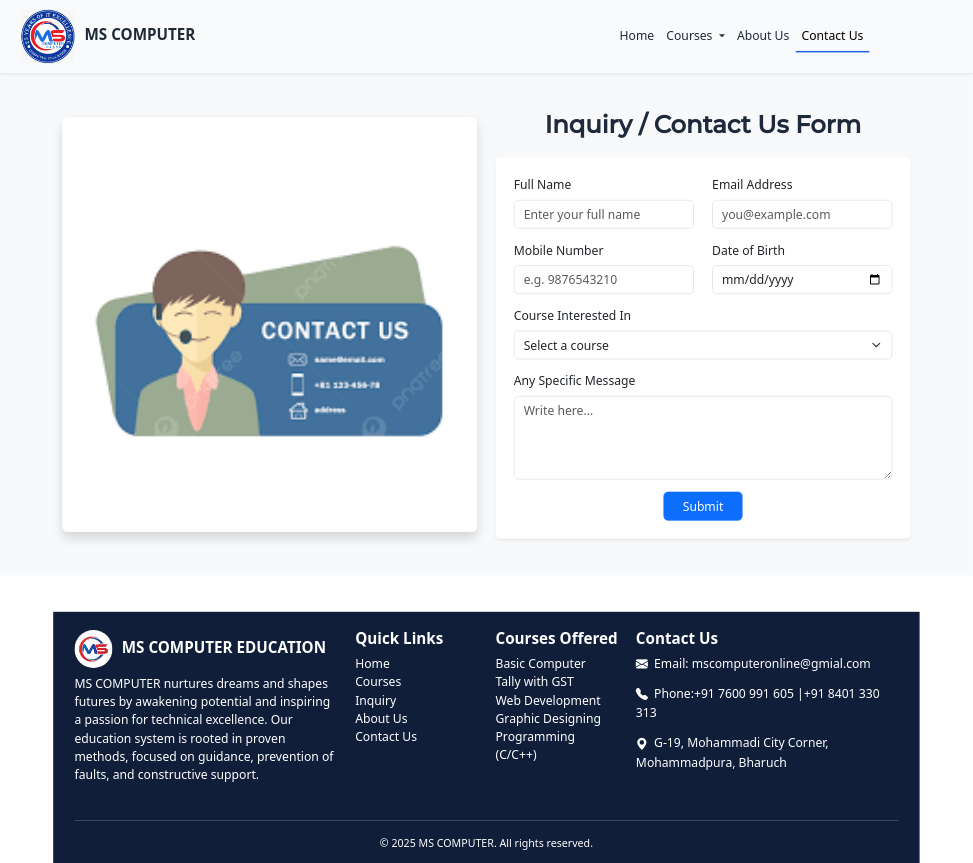
Repository: mscomputer2025/mscomputer
Page: http://localhost/contactus
The author's editor kept a copy of each file at every save. The page is drawn from the files as they stood at one save, then again after a run of saves.
The browser window is 1280 px wide. The pictures show the whole page, at 76% of full size.
Some web fonts or font styles are not loaded; a fallback is used. The page is served by the project's Laravel application, run on PHP 8.4 with Laravel 12. Other server files are loaded and not shown. Queries for data that is not in the repository find no rows.

Above is the page before, as saved 2025-07-02 11:11:21.

### app/Providers/AppServiceProvider.php
<?php

namespace App\Providers;

use Illuminate\Support\ServiceProvider;
use App\Models\Courses;
use Illuminate\Support\Facades\View;

class AppServiceProvider extends ServiceProvider
{

    public function register(): void
    {
        //
    }

    public function boot()
{
    View::composer('*', function ($view) {
        $view->with('allCourses', Courses::all());
    });
}
}

### app/Providers/ViewServiceProvider.php
<?php

namespace App\Providers;

use Illuminate\Support\ServiceProvider;
use Illuminate\Support\Facades\View;
use Illuminate\View\Compilers\BladeCompiler;
use Illuminate\Support\Facades\Validator;
use App\Models\Courses;

class ViewServiceProvider extends ServiceProvider
{

    public function register(): void
    {
        //
    }


    public function boot()
    {
        View::composer('*', function ($view) {
            $courses = Courses::all();
            $view->with('courses', $courses);
        });
    }
}

### routes/web.php
<?php

use Illuminate\Support\Facades\Route;

Route::get('/', function () {
    return view('homepage');
});
Route::get('/contactus', function () {
    return view('contactus');
});

### app/Models/Courses.php
<?php

namespace App\Models;

use Illuminate\Database\Eloquent\Model;

class Courses extends Model
{
    protected $fillable = [
        'course_id', 'course_title', 'course_image', 'course_duration',
        'course_description', 'course_curriculum', 'course_rating', 'course_reviews'
    ];

    protected $casts = [
        'course_curriculum' => 'array',
    ];
}

### resources/views/contactus.blade.php
@extends('master.master')

@section('title', 'Contact Us')

@section('content')
<section class="py-5 bg-light">
  <div class="container">
    <div class="row align-items-center g-4">

      <!-- Left: Image -->
      <div class="col-md-6">
        <img src="{{ asset('images/contactus.png') }}" alt="MS Computer Institute"
             class="img-fluid rounded-3 shadow w-100 h-100 object-fit-cover">
      </div>

      <!-- Right: Form -->
      <div class="col-md-6">
        <h2 class="fw-bold text-center mb-4">Inquiry / Contact Us Form</h2>
        <form class="bg-white p-4 rounded shadow-sm">
          <div class="row mb-3">
            <div class="col-md-6 mb-3 mb-md-0">
              <label for="name" class="form-label">Full Name</label>
              <input type="text" class="form-control" id="name" placeholder="Enter your full name">
            </div>
            <div class="col-md-6">
              <label for="email" class="form-label">Email Address</label>
              <input type="email" class="form-control" id="email" placeholder="you@example.com">
            </div>
          </div>

          <div class="row mb-3">
            <div class="col-md-6 mb-3 mb-md-0">
              <label for="phone" class="form-label">Mobile Number</label>
              <input type="tel" class="form-control" id="phone" placeholder="e.g. 9876543210">
            </div>
            <div class="col-md-6">
              <label for="dob" class="form-label">Date of Birth</label>
              <input type="date" class="form-control" id="dob">
            </div>
          </div>

          <div class="mb-3">
            <label for="course" class="form-label">Course Interested In</label>
            <select class="form-select" id="course">
              <option selected disabled>Select a course</option>
              <option>Basic Computer Course</option>
              <option>Financial Accounting</option>
              <option>DTP</option>
              <option>Microsoft Office</option>
              <option>Web Development</option>
              <option>Graphic Design</option>
            </select>
          </div>

          <div class="mb-3">
            <label for="message" class="form-label">Any Specific Message</label>
            <textarea class="form-control" id="message" rows="4" placeholder="Write here..."></textarea>
          </div>

          <div class="text-center">
            <button type="submit" class="btn btn-primary px-4">Submit</button>
          </div>
        </form>
      </div>
    </div>
  </div>
</section>
@endsection

### resources/views/master/master.blade.php
<!DOCTYPE html>
<html lang="en">
<head>
    <meta charset="UTF-8">
    <meta name="viewport" content="width=device-width, initial-scale=1.0">
    <link rel="stylesheet" href="{{ asset('css/master.css') }}">
    <link href="https://fonts.googleapis.com/css2?family=Poppins&display=swap" rel="stylesheet">
    <link href="https://fonts.googleapis.com/css2?family=Orbitron:wght@600&family=Montserrat:wght@500&display=swap" rel="stylesheet">
    <link rel="stylesheet" href="https://cdn.jsdelivr.net/npm/bootstrap-icons@1.10.5/font/bootstrap-icons.css">
    <link href="https://cdn.jsdelivr.net/npm/bootstrap@5.3.7/dist/css/bootstrap.min.css" rel="stylesheet">
    <title>MS COMPUTER - @yield('title')</title>
</head>
<body>

    @include('master.header')

    <main>
        @yield('content')
    </main>

    @include('master.footer')

    <script src="https://cdn.jsdelivr.net/npm/bootstrap@5.3.7/dist/js/bootstrap.bundle.min.js"></script>
</body>
</html>

### resources/views/master/header.blade.php
<nav class="navbar navbar-expand-lg navbar-light shadow-sm">
    <div class="container mx-3">
        <a class="navbar-brand" href="#">
            <img src="{{ asset('logo.jpeg') }}" alt="Institute Logo" width="70" height="100" class="img-fluid">
            <span class="ms-2 fw-bold">MS COMPUTER</span>
        </a>
        <button class="navbar-toggler" type="button" data-bs-toggle="collapse" data-bs-target="#navbarContent"
            aria-controls="navbarContent" aria-expanded="false" aria-label="Toggle navigation">
            <span class="navbar-toggler-icon"></span>
        </button>

        <div class="collapse navbar-collapse justify-content-end" id="navbarContent">
            <ul class="navbar-nav mb-2 mb-lg-0">

                <li class="nav-item">
                    <a class="nav-link {{ request()->is('/') ? 'active' : '' }}" href="{{ url('/') }}">Home</a>
                </li>

                <li class="nav-item dropdown">
                    <a class="nav-link dropdown-toggle {{ request()->is('courses*') ? 'active' : '' }}" href="#" id="coursesDropdown"
                        role="button" data-bs-toggle="dropdown" aria-expanded="false">
                        Courses
                    </a>
                    <ul class="dropdown-menu" aria-labelledby="coursesDropdown">
                        <li><a class="dropdown-item" href="#">Basic Computer</a></li>
                        <li><a class="dropdown-item" href="#">Tally ERP</a></li>
                        <li><a class="dropdown-item" href="#">Web Development</a></li>
                        <li><a class="dropdown-item" href="#">Graphic Design</a></li>
                    </ul>
                </li>

                <li class="nav-item">
                    <a class="nav-link {{ request()->is('about') ? 'active' : '' }}" href="{{ url('/about') }}">About Us</a>
                </li>

                <li class="nav-item">
                    <a class="nav-link {{ request()->is('contactus') ? 'active' : '' }}" href="{{ url('/contactus') }}">Contact Us</a>
                </li>

            </ul>
        </div>
    </div>
</nav>

### resources/views/master/footer.blade.php
<footer class="container text-white pt-4 pb-3 mt-5 footer-bg">
    <div class="mx-3">
        <div class="row">
            <!-- Institute Info -->
            <div class="col-md-4 mb-3">
                <a class="navbar-brand" href="#">
                    <img src="{{ asset('footerlogo.jpg') }}" alt="Institute Logo" width="50" height="70"
                        class="img-fluid rounded-circle me-2">
                </a>
                <span class="fw-bold h5">MS COMPUTER EDUCATION</span>
                <p class="mt-2">
                    MS COMPUTER nurtures dreams and shapes futures by awakening potential and inspiring a passion for
                    technical excellence. Our education system is rooted in proven methods, focused on guidance,
                    prevention of faults, and constructive support.
                </p>
            </div>

            <!-- Quick Links -->
            <div class="col-md-2 mb-3">
                <h5 class="fw-bold">Quick Links</h5>
                <ul class="list-unstyled">
                    <li><a href="#" class="text-white text-decoration-none">Home</a></li>
                    <li><a href="#" class="text-white text-decoration-none">Courses</a></li>
                    <li><a href="#" class="text-white text-decoration-none">Inquiry</a></li>
                    <li><a href="#" class="text-white text-decoration-none">About Us</a></li>
                    <li><a href="#" class="text-white text-decoration-none">Contact Us</a></li>
                </ul>
            </div>

            <!-- Courses Offered -->
            <div class="col-md-2 mb-3">
                <h5 class="fw-bold">Courses Offered</h5>
                <ul class="list-unstyled">
                    <li><a href="#" class="text-white text-decoration-none">Basic Computer</a></li>
                    <li><a href="#" class="text-white text-decoration-none">Tally with GST</a></li>
                    <li><a href="#" class="text-white text-decoration-none">Web Development</a></li>
                    <li><a href="#" class="text-white text-decoration-none">Graphic Designing</a></li>
                    <li><a href="#" class="text-white text-decoration-none">Programming (C/C++)</a></li>
                </ul>
            </div>

            <!-- Contact Info -->
            <div class="col-md-4 mb-3">
                <h5 class="fw-bold">Contact Us</h5>
                <p><i class="bi bi-envelope-fill me-2"></i>Email: mscomputeronline@gmial.com</p>
                <p><i class="bi bi-telephone-fill me-2"></i>Phone:+91 7600 991 605 |+91 8401 330 313</p>
                <p><i class="bi bi-geo-alt-fill me-2 align-middle"></i>G-19, Mohammadi City Corner, Mohammadpura,
                    Bharuch</p>
            </div>
        </div>

        <hr class="bg-secondary">
        <div class="text-center">
            <small>&copy; {{ date('Y') }} MS COMPUTER. All rights reserved.</small>
        </div>
    </div>
</footer>

### public/css/master.css
:root {
  --primary-light: #F8FAFC;
  --accent-blue: #2563EB;
  --nav-text: #1F2937;
  --footer-bg: #101e39;
  --footer-text: #bde6e0;
  --footer-link-hover: #2563EB;
}

.navbar {
  background-color: var(--primary-light);
  border-bottom: 1px solid #e2e8f0;
  /* font-family: 'Orbitron', sans-serif;  */
}

.navbar .navbar-brand span {
  color: var(--nav-text);
  font-weight: 700;
}

.navbar .nav-link {
  color: var(--nav-text);
  font-weight: 500;
}

.navbar .nav-link.active,
.navbar .nav-link:hover {
  color: var(--accent-blue);
  border-bottom: 2px solid var(--accent-blue);
}

/* Dropdown Styling */
.navbar .dropdown-menu {
  background-color: var(--primary-light);
  border: 1px solid #e2e8f0;
  box-shadow: 0 6px 12px rgba(0, 0, 0, 0.1);
}

.navbar .dropdown-item {
  color: var(--nav-text);
}

.navbar .dropdown-item:hover {
  background-color: var(--accent-blue);
  color: white;
}

footer.footer-bg {
  background-color: var(--footer-bg);
  color: var(--footer-text);
}

footer.footer-bg span h5 {
  color: var(--footer-text);
}

footer.footer-bg a {
  color: var(--footer-text);
  text-decoration: none;
}

footer.footer-bg a:hover {
  color: var(--footer-link-hover);
  text-decoration: underline;
}

footer.footer-bg hr {
  border-top: 1px solid #cbd5e1;
}

.hero {
  width: 100%;
  height: 100vh;
    background-image: url('../images/herosection.jpeg');
  background-position: center center;
  background-size: cover;
  background-repeat: no-repeat;
  position: relative;
  display: flex;
  align-items: center;
  justify-content: center;
  text-align: center;
  color: white;
  overflow: hidden;
  /* font-family: 'Orbitron', sans-serif; */
  padding: 0 15px;
}

.hero::before {
  content: "";
  position: absolute;
  inset: 0;
  background-color: rgba(0, 0, 0, 0.4);
  z-index: 1;
}
.hero>div {
  position: relative;
  z-index: 2;
  text-shadow: 0 2px 8px rgba(0, 0, 0, 0.8);
  max-width: 800px;
  margin: auto;
}
@media (max-width: 768px) {
  .hero h1 {
    font-size: 2rem;
  }

  .hero p {
    font-size: 1rem;
  }
}
@media (max-width: 480px) {
  .hero {
    height: 80vh;
    padding: 20px;
  }
  .hero h1 {
    font-size: 1.5rem;
  }

  .hero p {
    font-size: 0.95rem;
  }
}
.course-box {
  transition: transform 0.3s ease,
}
.course-box:hover {
  transform: translateY(-5px);
  box-shadow: 0 10px 20px rgba(12, 12, 12, 0.1);
}
.heading-styled {
  font-family: 'Orbitron', sans-serif;
  font-size: 2rem;
  letter-spacing: 1px;
  color: #1f2937;
  position: relative;
}
@media (max-width: 576px) {
  .heading-styled {
    font-size: 1.5rem;
  }
}
.heading-styled::after {
  content: "";
  width: 60%;
  height: 3px;
  position: absolute;
  bottom: -10px;
  left: 0;
  border-radius: 2px;
}
section .fw-bold {
  font-family: 'Montserrat', sans-serif;
  color: #1e293b;
}

section p {
  font-size: 1.05rem;
  line-height: 1.7;
  color: #334155;
}
.about-image {
  max-height: 500px;
  object-fit: cover;
  width: 70%;
}

@media (max-width: 768px) {
  .about-image {
    width: 100%;
  }
}
.cert-logo {

  object-fit: contain;
  transition: transform 0.3s ease;
}

.cert-logo:hover {
  transform: scale(1.1);
}

.typewriter {
  overflow: hidden;
  border-right: 2px solid #000;
  white-space: nowrap;
  margin: 0 auto;
  animation: typing 3s steps(40, end), blink 0.75s step-end infinite;
  width: fit-content;
}

@keyframes typing {
  from { width: 0 }
  to { width: 100% }
}

@keyframes blink {
  50% { border-color: transparent }
}

After the next 2 saves:
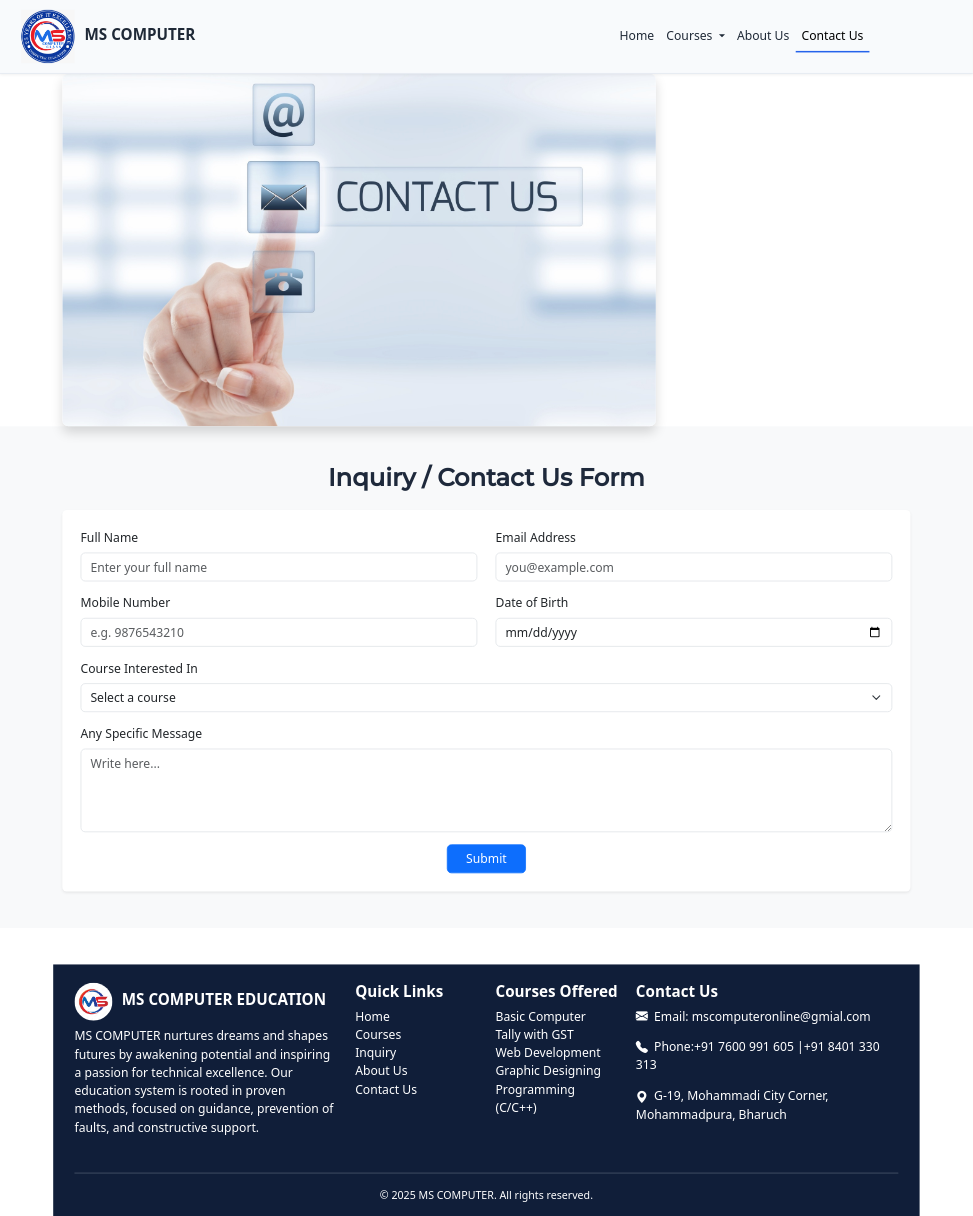
The 2 saves are shown as one change because they came seconds apart.
The last was saved 107 s later.
--- a/resources/views/contactus.blade.php
+++ b/resources/views/contactus.blade.php
@@ -3,66 +3,60 @@
 @section('title', 'Contact Us')
 
 @section('content')
-<section class="py-5 bg-light">
-  <div class="container">
-    <div class="row align-items-center g-4">
 
-      <!-- Left: Image -->
-      <div class="col-md-6">
-        <img src="{{ asset('images/contactus.png') }}" alt="MS Computer Institute"
-             class="img-fluid rounded-3 shadow w-100 h-100 object-fit-cover">
-      </div>
+    <div class="container">
+        <img src="{{ asset('images/contactus.jpg') }}" alt="MS Computer Institute"
+            class="img-fluid rounded-3 shadow about-image">
+    </div>
+    <section class="py-5 bg-light">
+        <div class="container">
+            <h2 class="fw-bold text-center mb-4">Inquiry / Contact Us Form</h2>
 
-      <!-- Right: Form -->
-      <div class="col-md-6">
-        <h2 class="fw-bold text-center mb-4">Inquiry / Contact Us Form</h2>
-        <form class="bg-white p-4 rounded shadow-sm">
-          <div class="row mb-3">
-            <div class="col-md-6 mb-3 mb-md-0">
-              <label for="name" class="form-label">Full Name</label>
-              <input type="text" class="form-control" id="name" placeholder="Enter your full name">
-            </div>
-            <div class="col-md-6">
-              <label for="email" class="form-label">Email Address</label>
-              <input type="email" class="form-control" id="email" placeholder="you@example.com">
-            </div>
-          </div>
+            <form class="bg-white p-4 rounded shadow-sm">
+                <div class="row mb-3">
+                    <div class="col-md-6 mb-3 mb-md-0">
+                        <label for="name" class="form-label">Full Name</label>
+                        <input type="text" class="form-control" id="name" placeholder="Enter your full name">
+                    </div>
+                    <div class="col-md-6">
+                        <label for="email" class="form-label">Email Address</label>
+                        <input type="email" class="form-control" id="email" placeholder="you@example.com">
+                    </div>
+                </div>
 
-          <div class="row mb-3">
-            <div class="col-md-6 mb-3 mb-md-0">
-              <label for="phone" class="form-label">Mobile Number</label>
-              <input type="tel" class="form-control" id="phone" placeholder="e.g. 9876543210">
-            </div>
-            <div class="col-md-6">
-              <label for="dob" class="form-label">Date of Birth</label>
-              <input type="date" class="form-control" id="dob">
-            </div>
-          </div>
+                <div class="row mb-3">
+                    <div class="col-md-6 mb-3 mb-md-0">
+                        <label for="phone" class="form-label">Mobile Number</label>
+                        <input type="tel" class="form-control" id="phone" placeholder="e.g. 9876543210">
+                    </div>
+                    <div class="col-md-6">
+                        <label for="dob" class="form-label">Date of Birth</label>
+                        <input type="date" class="form-control" id="dob">
+                    </div>
+                </div>
 
-          <div class="mb-3">
-            <label for="course" class="form-label">Course Interested In</label>
-            <select class="form-select" id="course">
-              <option selected disabled>Select a course</option>
-              <option>Basic Computer Course</option>
-              <option>Financial Accounting</option>
-              <option>DTP</option>
-              <option>Microsoft Office</option>
-              <option>Web Development</option>
-              <option>Graphic Design</option>
-            </select>
-          </div>
+                <div class="mb-3">
+                    <label for="course" class="form-label">Course Interested In</label>
+                    <select class="form-select" id="course">
+                        <option selected disabled>Select a course</option>
+                        <option>Basic Computer Course</option>
+                        <option>Financial Accounting</option>
+                        <option>DTP</option>
+                        <option>Microsoft Office</option>
+                        <option>Web Development</option>
+                        <option>Graphic Design</option>
+                    </select>
+                </div>
 
-          <div class="mb-3">
-            <label for="message" class="form-label">Any Specific Message</label>
-            <textarea class="form-control" id="message" rows="4" placeholder="Write here..."></textarea>
-          </div>
+                <div class="mb-3">
+                    <label for="message" class="form-label">Any Specific Message</label>
+                    <textarea class="form-control" id="message" rows="4" placeholder="Write here..."></textarea>
+                </div>
 
-          <div class="text-center">
-            <button type="submit" class="btn btn-primary px-4">Submit</button>
-          </div>
-        </form>
-      </div>
-    </div>
-  </div>
-</section>
+                <div class="text-center">
+                    <button type="submit" class="btn btn-primary px-4">Submit</button>
+                </div>
+            </form>
+        </div>
+    </section>
 @endsection
